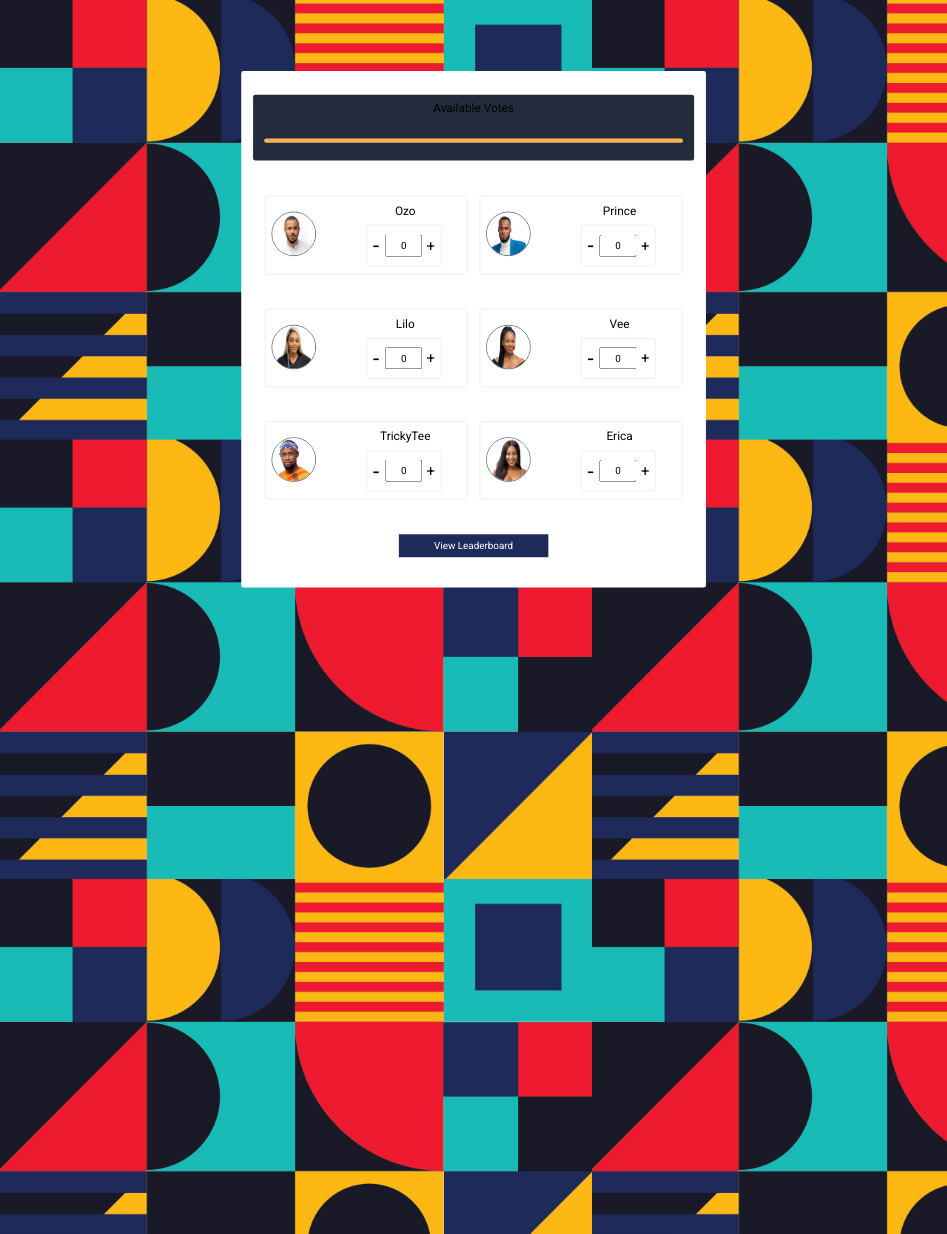
Repository: Eredun/bbn-voting
Page: index.html
These files come from the project's save history. The page is drawn as it stood at one moment and after the next save; the edit follows.
The browser window is 1280 px wide. The pictures show the whole page, at 74% of full size.

Above is the page before, as saved 2020-08-22 23:57:54.
Console error: SyntaxError: Unexpected token ')'

After the next save:
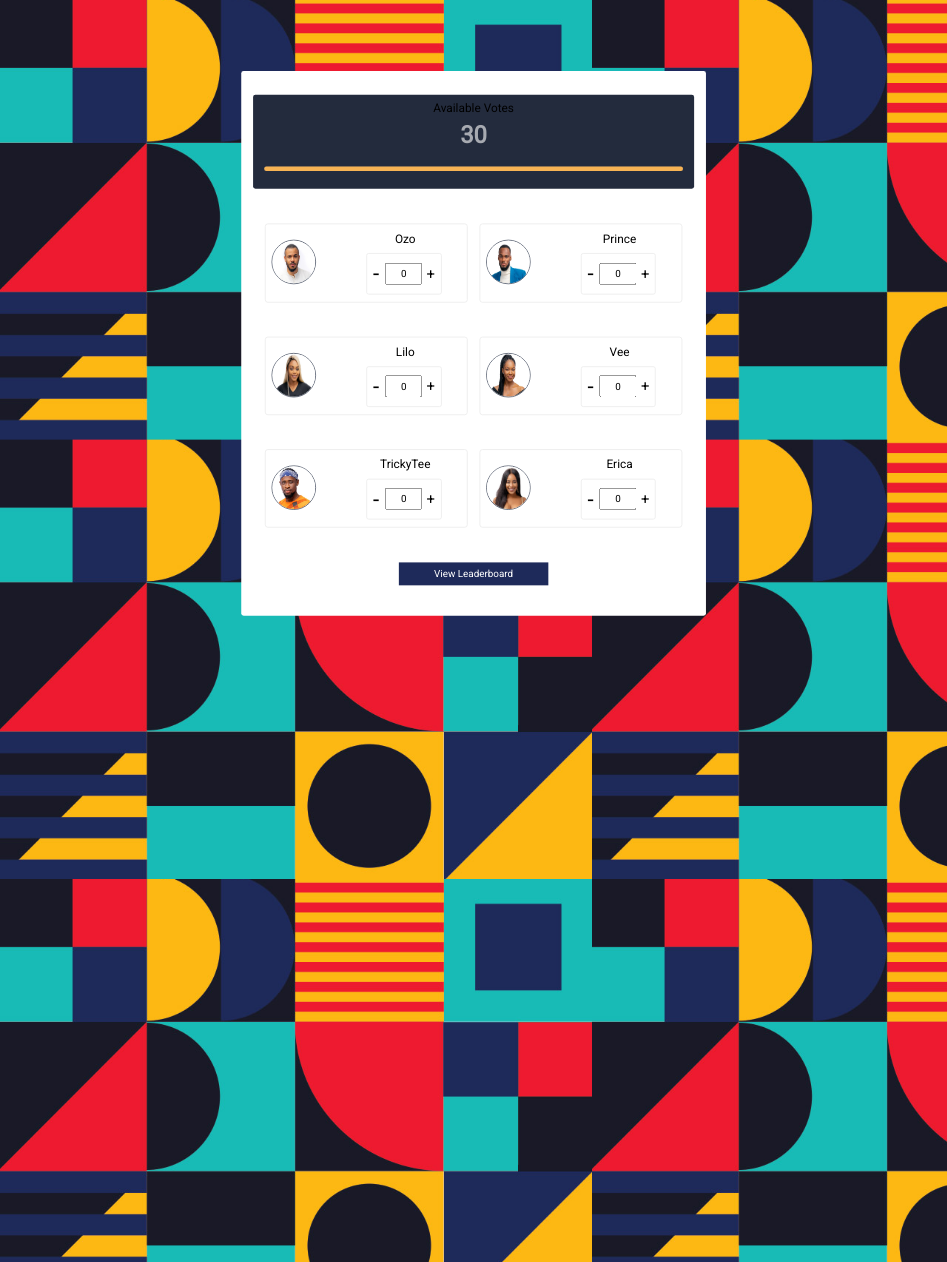
The error is gone.
Saved 8 h 14 min later.
--- a/app.js
+++ b/app.js
@@ -163,7 +163,9 @@ btn.addEventListener('click', e => {
           }
         });
 
-        leaderboardVotes.forEach(())
+        leaderboardVotes.forEach((vote, elIndex) => {
+          if (index === elIndex) vote.textContent
+        })
 
         lowVoteUser = newContestants[newContestants.length - 1].name;
         evictedUser.innerHTML = `${lowVoteUser} has been evicted!`;
